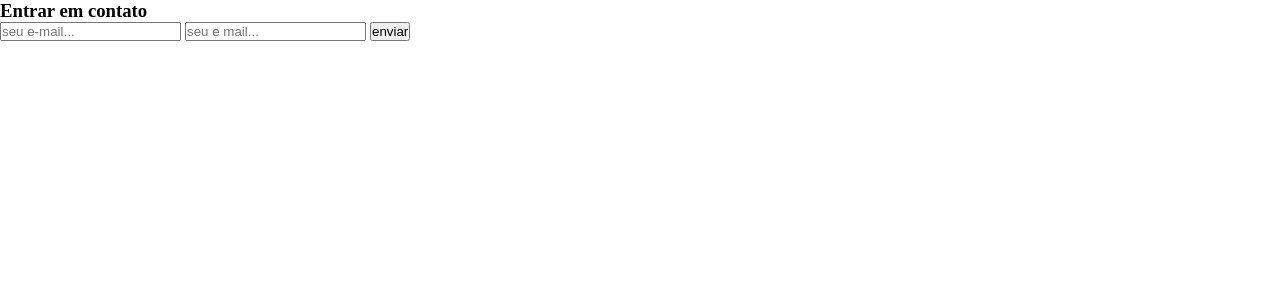
Repository: josceno/Sistema-para-controle-de-experimenta-o-animal
Page: index.html
These files come from the project's save history. The page is drawn as it stood at one moment and after the next save; the edit follows.
The browser window is 1280 px wide. The pictures show the whole page.

Above is the page before, as saved 2021-09-13 14:11:02.

After the next save:
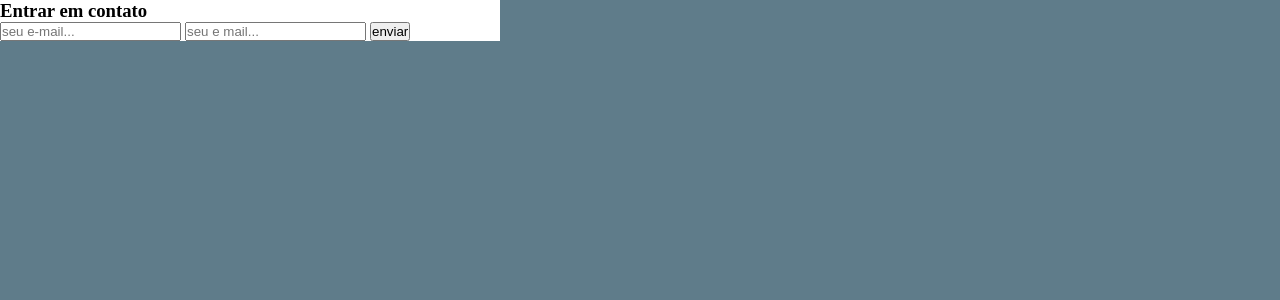
Saved 36 min 53 s later.
--- a/index.html
+++ b/index.html
@@ -5,9 +5,20 @@
     </head>
     <style>
         *{margin:0; padding:0;box-sizing: border-box;}
+        body
+        {
+            background-color: #5f7C8A;
+        }
+        form
+        {
+            background-color: white;
+            max-width: 500px;
+            width: 60%
+        }
     </style>
 
     <body>
+
         <form>
             <h3>Entrar em contato</h3>
             <input type="text" name ="email" placeholder= "seu e-mail..."/>
